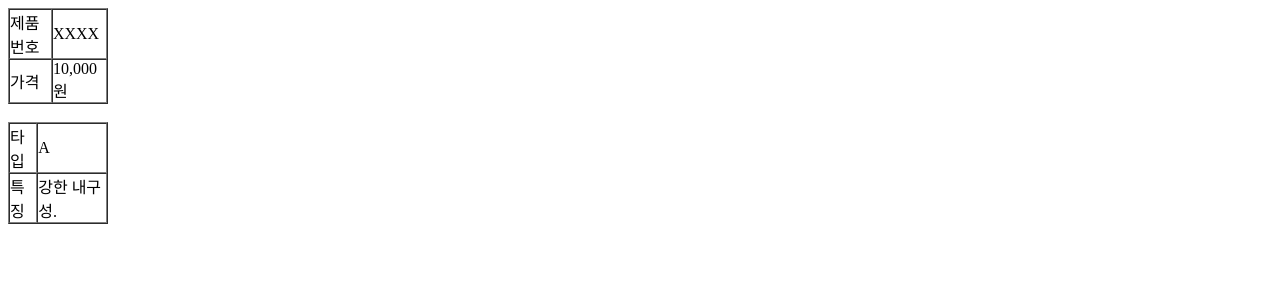
Repository: seminocoe/JSP_STUDY
Page: http://localhost/ServletProject/temp/template/info_view.jsp
These files come from the project's save history. The page is drawn as it stood at one moment and after the next save; the edit follows.
The browser window is 1280 px wide. The pictures show the whole page.
The page is served by Tomcat 9. Nobody is signed in. The application's start-up code is not run. Other server files are loaded and not shown.

Above is the page before, as saved 2022-08-08 02:19:02.

### ServletProject/src/main/webapp/temp/template/info_view.jsp
<%@ page language="java" contentType="text/html; charset=UTF-8"
    pageEncoding="UTF-8"%>

<table width="100" border="1" cellpadding="0" cellspacing="0">
  <tr>
    <td>제품 번호</td>	<td>XXXX</td>
  </tr>
  <tr>
  	<td>가격</td>	<td>10,000원</td>
  </tr>
</table>

<jsp:include page="infoSub.jsp" flush="false">
		<jsp:param value="A" name="type"/>
</jsp:include>

### ServletProject/src/main/webapp/temp/template/infoSub.jsp
<%@ page language="java" contentType="text/html; charset=UTF-8"
    pageEncoding="UTF-8"%>

<%
	String type = request.getParameter("type");
	if(type != null){
%>
<br>
<table width="100" border="1" cellpadding="0" cellspacing="0">
	<tr>
		<td>타입</td>
		<td><p><%=type %></p></td>
	</tr>
	<tr>
		<td>특징</td>
		<td>
		<% if(type.equals("A")){ %>
			강한 내구성.
		<% }else if(type.equals("B")){ %>
			뛰어난 대처 능력
		<%} %>
		</td>
	</tr>
</table>
<%} %>

After the next save:
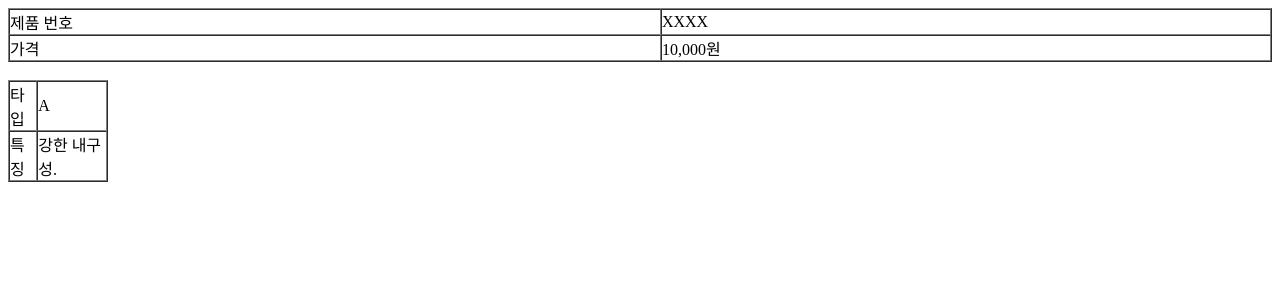
Saved 3 min 8 s later.
--- a/ServletProject/src/main/webapp/temp/template/info_view.jsp
+++ b/ServletProject/src/main/webapp/temp/template/info_view.jsp
@@ -1,7 +1,7 @@
 <%@ page language="java" contentType="text/html; charset=UTF-8"
     pageEncoding="UTF-8"%>
 
-<table width="100" border="1" cellpadding="0" cellspacing="0">
+<table width="100%" border="1" cellpadding="0" cellspacing="0">
   <tr>
     <td>제품 번호</td>	<td>XXXX</td>
   </tr>
